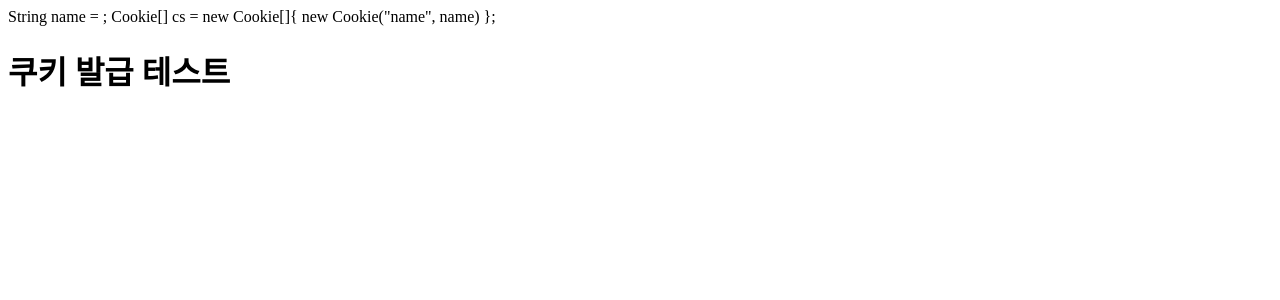
Repository: ChimmyWorld/JSP
Page: http://localhost/Day53/ex04_result.jsp
The author's editor kept a copy of each file at every save. The page is drawn from the files as they stood at one save, then again after the next save.
The browser window is 1280 px wide. The pictures show the whole page.
The page is served by Tomcat 9. Other server files are loaded and not shown.

Above is the page before, as saved 2023-09-22 02:44:59.

### Day53/WebContent/ex04_result.jsp
<%@ page language="java" contentType="text/html; charset=UTF-8"
    pageEncoding="UTF-8"%>
<!DOCTYPE html>
<html>
<head>
<meta charset="UTF-8">
<title>ex04_result.jsp</title>
</head>
<body>
	String name = ${param.name};


	Cookie[] cs = new Cookie[]{
				new Cookie("name", name)
	};



	<h1>쿠키 발급 테스트</h1>
</body>
</html>

After the next save:
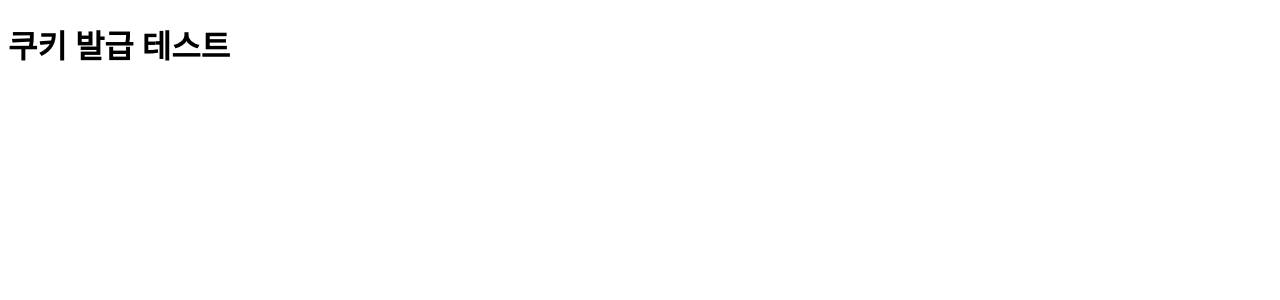
Saved 104 s later.
--- a/Day53/WebContent/ex04_result.jsp
+++ b/Day53/WebContent/ex04_result.jsp
@@ -7,13 +7,24 @@
 <title>ex04_result.jsp</title>
 </head>
 <body>
-	String name = ${param.name};
+	<%
+	String name = request.getParameter("name");
 
 
 	Cookie[] cs = new Cookie[]{
 				new Cookie("name", name)
 	};
 
+	for (int i=0; i <cs.length; i++){
+		cs[i].setMaxAge(0);
+
+		if (name != null) {
+			cs[i].setMaxAge(60 * 60);
+		}
+
+	}
+	%>
+
 
 
 	<h1>쿠키 발급 테스트</h1>
